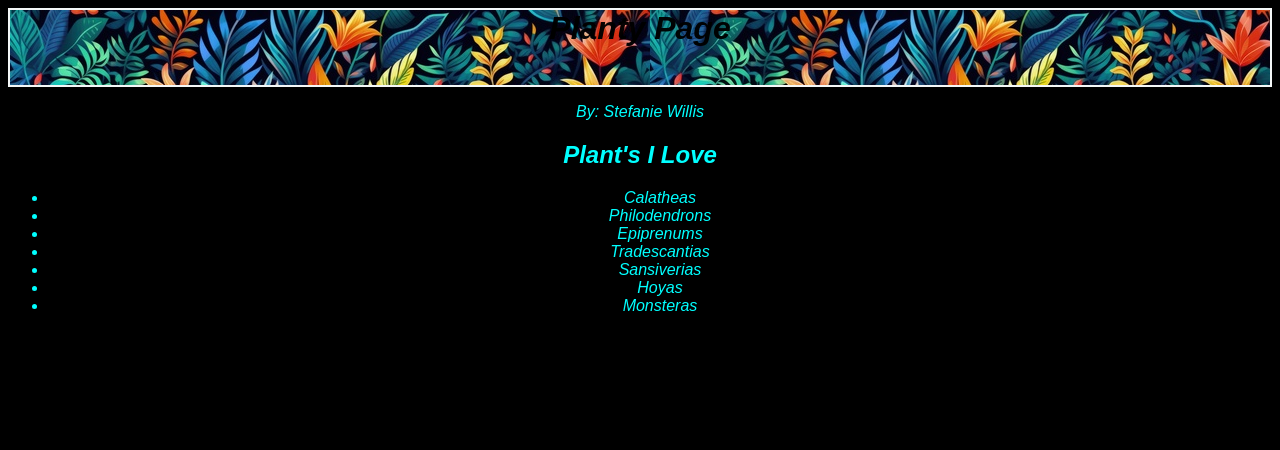
Repository: swillis91/odin-recipies
Page: Planty Page/index.html
An editor plug-in stored every save of this project. The page is shown before and after the next save, followed by the edit.
The browser window is 1280 px wide. The pictures show the whole page.

Above is the page before, as saved 2023-08-09 23:50:53.

### Planty Page/index.html
<!DOCTYPE html>
    <html>
        <head>
            <title>Planty Page- Home</title>
            <link href="style.css" rel="stylesheet"
        </head>
        <body>
            <h1 class="heading">Planty Page</h1>
                <p>By: Stefanie Willis</p>
            <h2>Plant's I Love</h2>
            <ul>
                <li>Calatheas</li>
                <li>Philodendrons</li>
                <li>Epiprenums</li>
                <li>Tradescantias</li>
                <li>Sansiverias</li>
                <li>Hoyas</li>
                <li>Monsteras</li>
            </ul>
        </body>
    </html>

### Planty Page/style.css
body{
    background-color: black;
    color:aqua;
    text-align: center;
    font-family: fantasy;
    font-style: oblique;
}

.heading{
    color: rgba(0, 0, 0, 0.974);
    border: 2px solid rgb(244, 247, 247);
    background-image: url('Images/banner.jpg');
    height: 75px;
    margin: 0 auto;
    padding:30px px;

}

After the next save:
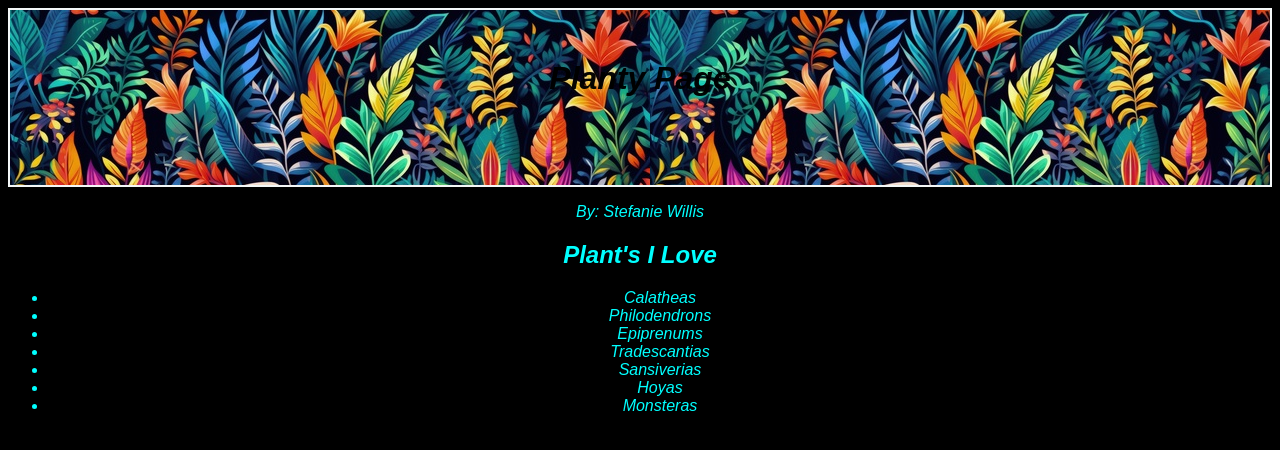
Saved 20 s later.
--- a/Planty Page/style.css
+++ b/Planty Page/style.css
@@ -12,6 +12,6 @@ body{
     background-image: url('Images/banner.jpg');
     height: 75px;
     margin: 0 auto;
-    padding:30px px;
+    padding:50px 20px;
 
 }
